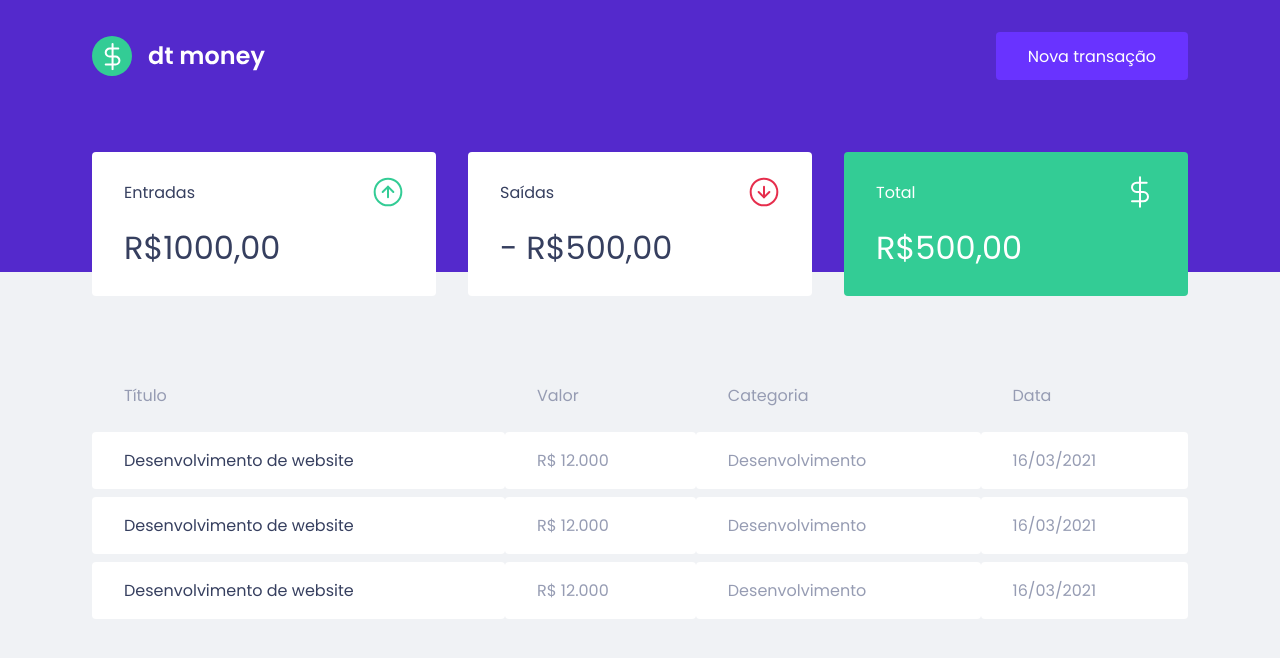
Repository: victoriandujar/ignite-dtmoney
Page: /
An editor plug-in stored every save of this project. The page is shown before and after the next save, followed by the edit.
The browser window is 1280 px wide. The pictures show the whole page.
The project was rebuilt for these pictures with package versions that can differ from the ones it lists, and the page was loaded fresh each time.

Above is the page before, as saved 2021-03-22 19:03:41.

After the next save:
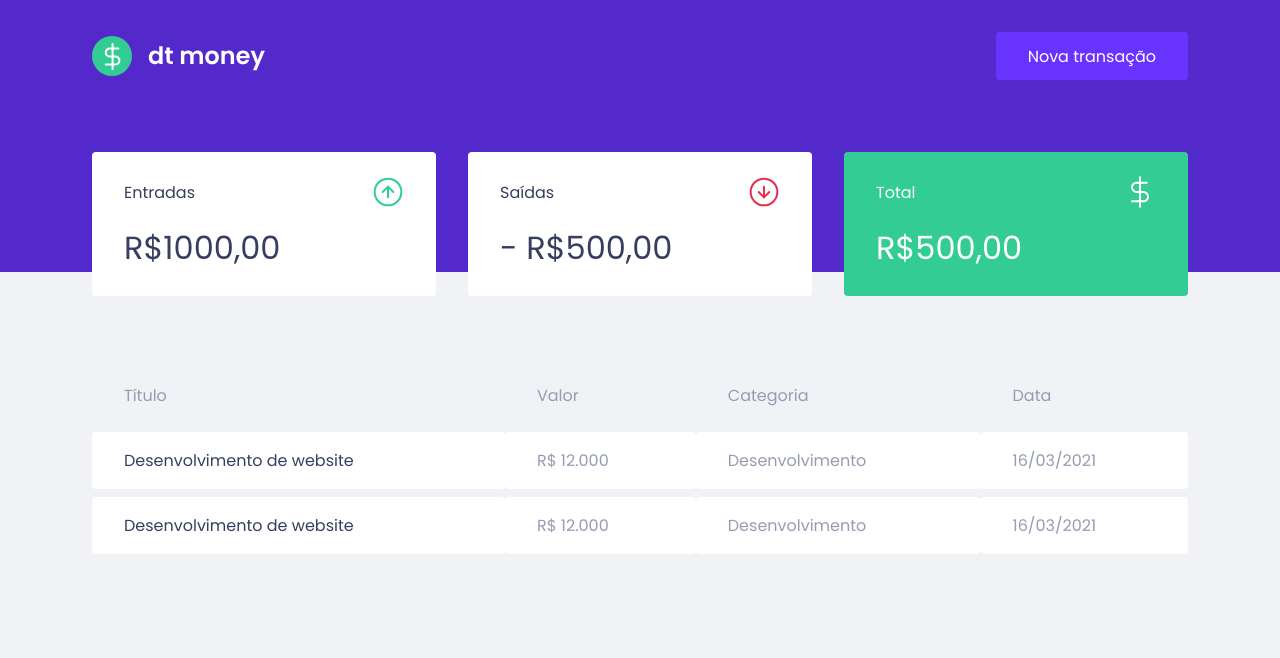
Saved 94 s later.
--- a/src/components/TransactionsTable/index.tsx
+++ b/src/components/TransactionsTable/index.tsx
@@ -17,21 +17,14 @@
                 <tbody>
                     <tr>
                         <td>Desenvolvimento de website</td>
-                        <td>R$ 12.000</td>
+                        <td className="deposit">R$ 12.000</td>
                         <td>Desenvolvimento</td>
                         <td>16/03/2021</td>
                     </tr>
 
                     <tr>
                         <td>Desenvolvimento de website</td>
-                        <td>R$ 12.000</td>
-                        <td>Desenvolvimento</td>
-                        <td>16/03/2021</td>
-                    </tr>
-
-                    <tr>
-                        <td>Desenvolvimento de website</td>
-                        <td>R$ 12.000</td>
+                        <td className="withdraw">R$ 12.000</td>
                         <td>Desenvolvimento</td>
                         <td>16/03/2021</td>
                     </tr>
